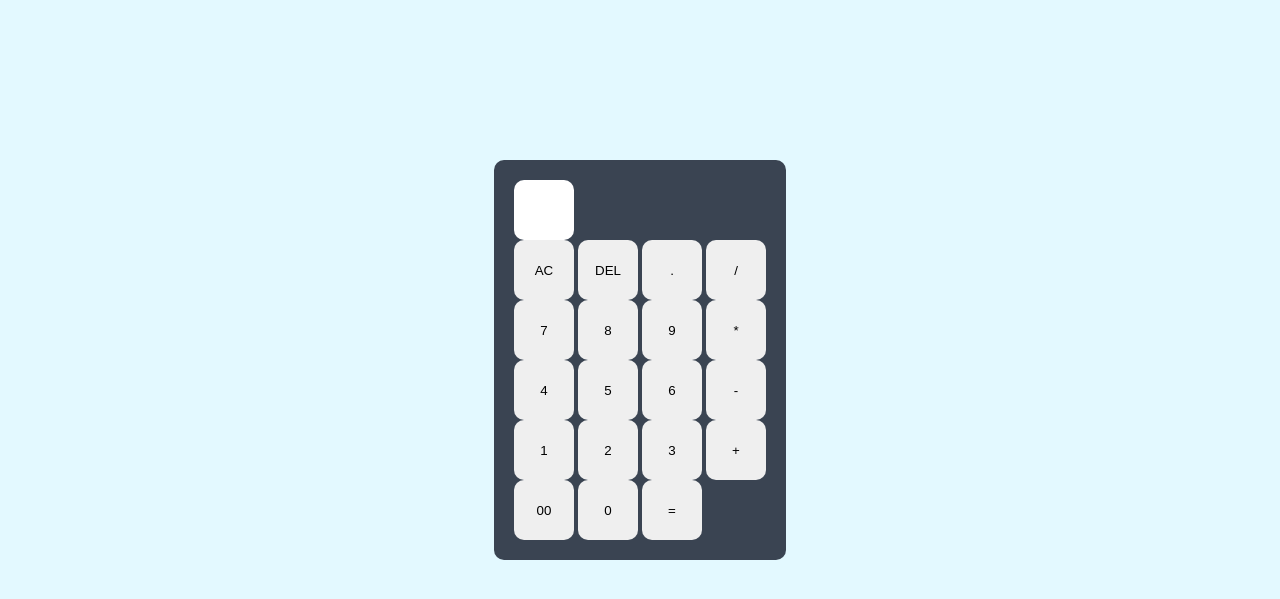
Repository: isaacCodes1/Calculator
Page: index.html
These files come from the project's save history. The page is drawn as it stood at one moment and after a run of saves; the edit follows.
The browser window is 1280 px wide. The pictures show the whole page.

Above is the page before, as saved 2024-04-01 18:18:08.

After the next 2 saves:
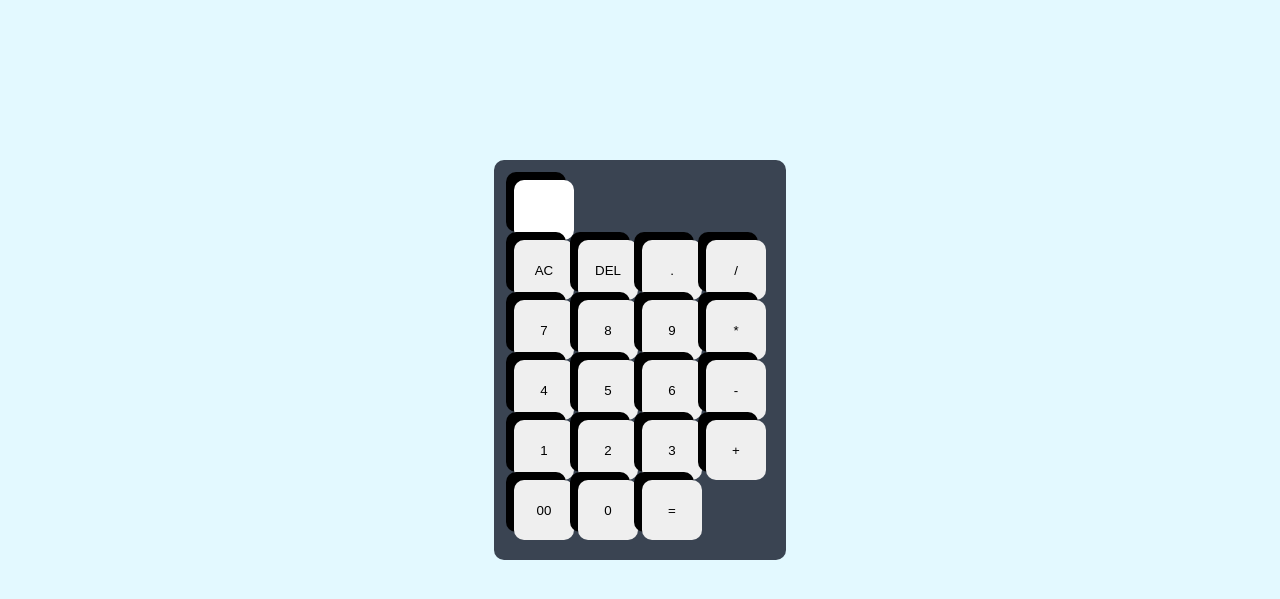
The 2 saves are shown as one change because they came seconds apart.
The last was saved 8 s later.
--- a/style.css
+++ b/style.css
@@ -22,5 +22,5 @@
     width: 60px;
     height: 60px;
     border-radius: 10px;
-    box-shadow: -8px;
+    box-shadow: -8px -8px;
 }

After the 3 saves that followed:
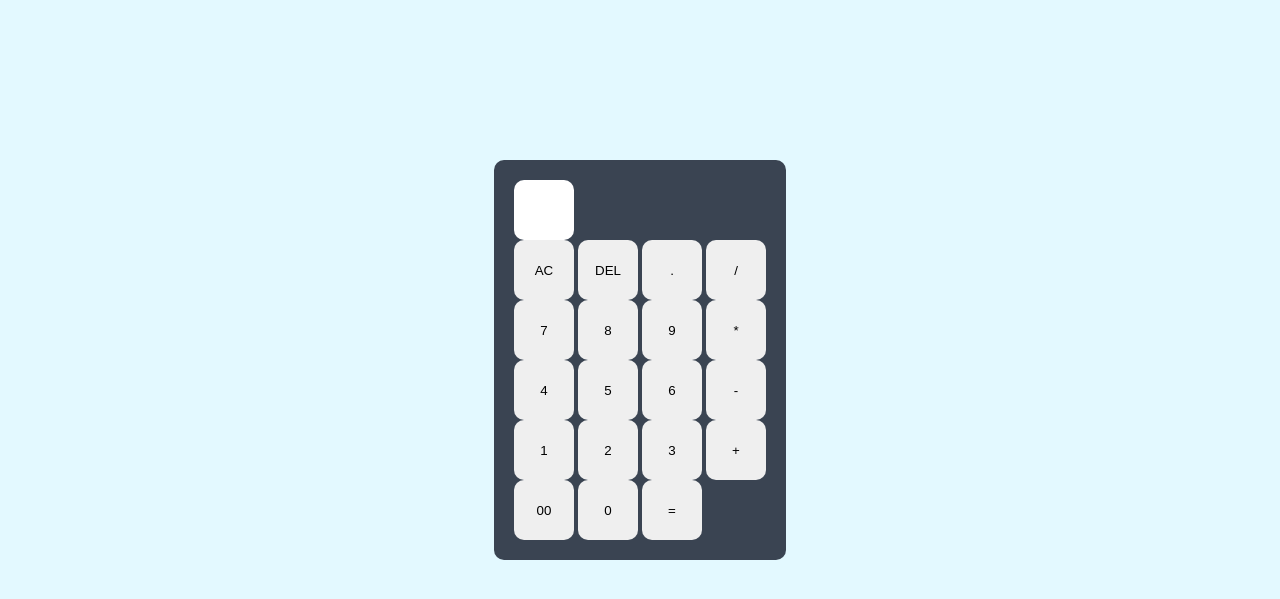
The 3 saves are shown as one change because they came seconds apart.
The last was saved 16 s later.
--- a/style.css
+++ b/style.css
@@ -22,5 +22,5 @@
     width: 60px;
     height: 60px;
     border-radius: 10px;
-    box-shadow: -8px -8px;
+    box-shadow: -8px -8px  15px rgba(red, green, blue, alpha);
 }
